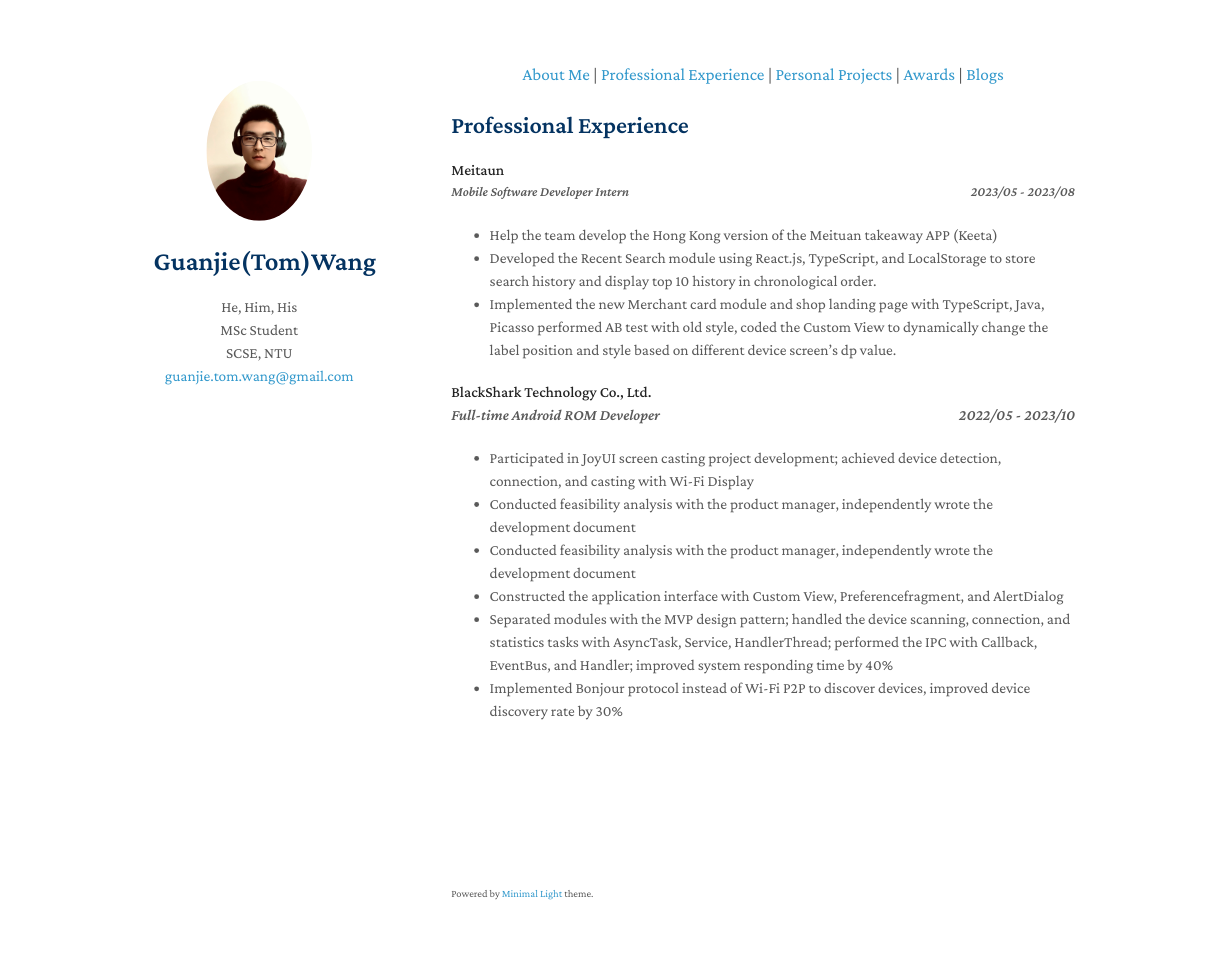
Repository: guanjie01/aboutme
Page: html/professional.html
These files come from the project's save history. The page is drawn as it stood at one moment and after the next save; the edit follows.
The browser window is 1280 px wide. The pictures show the whole page, at 96% of full size.

Above is the page before, as saved 2023-07-31 23:55:31.

After the next save:
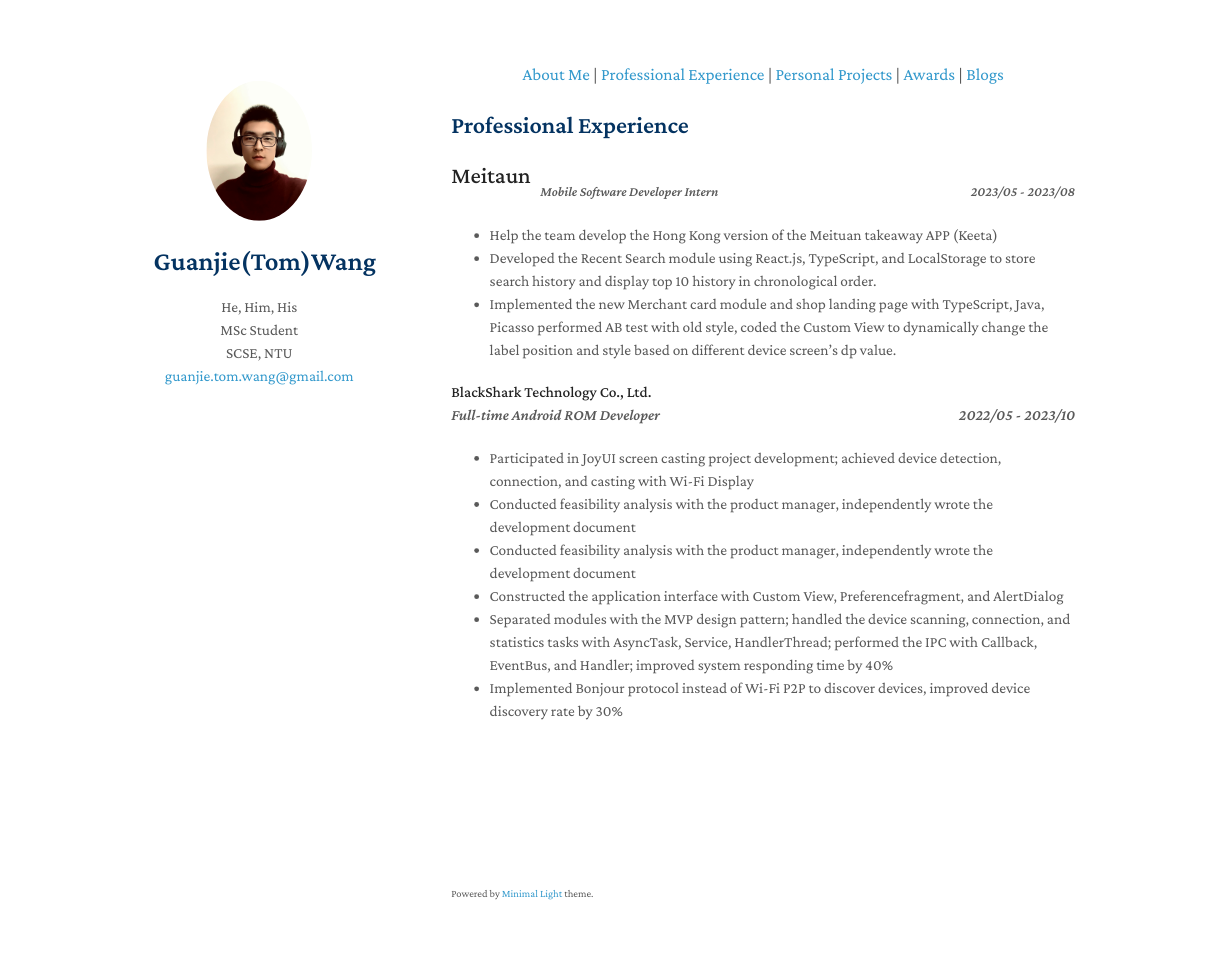
Saved 13 s later.
--- a/html/professional.html
+++ b/html/professional.html
@@ -64,7 +64,7 @@
         <h2>Professional Experience</h2>
         <div>
           <p>
-            <strong style="float: left; margin-right: 10px;">Meitaun</strong>
+            <strong style="float: left; margin-right: 10px;font-size: 24px;">Meitaun</strong>
           </p>
           <br />
           <p>
